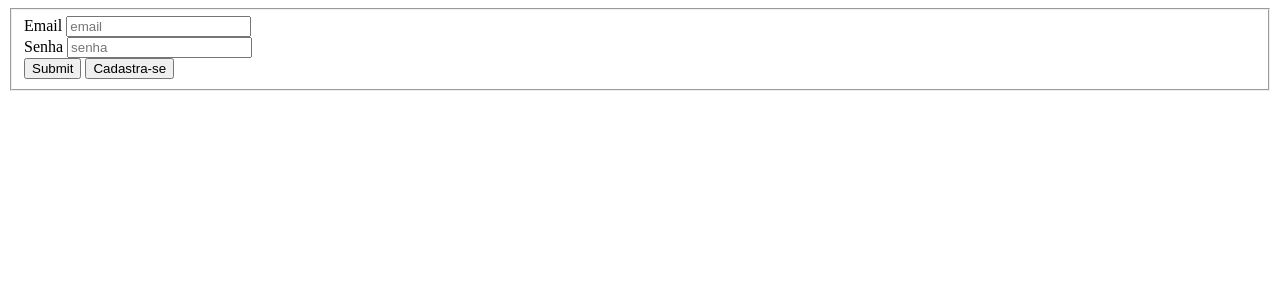
Repository: moises2112/Projetos
Page: http://localhost/Dog/LoginController.do?action=logar
The author's editor kept a copy of each file at every save. The page is drawn from the files as they stood at one save, then again after the next save.
The browser window is 1280 px wide. The pictures show the whole page.
The page is served by Tomcat 9.

Above is the page before, as saved 2017-06-09 01:29:44.

After the next save:
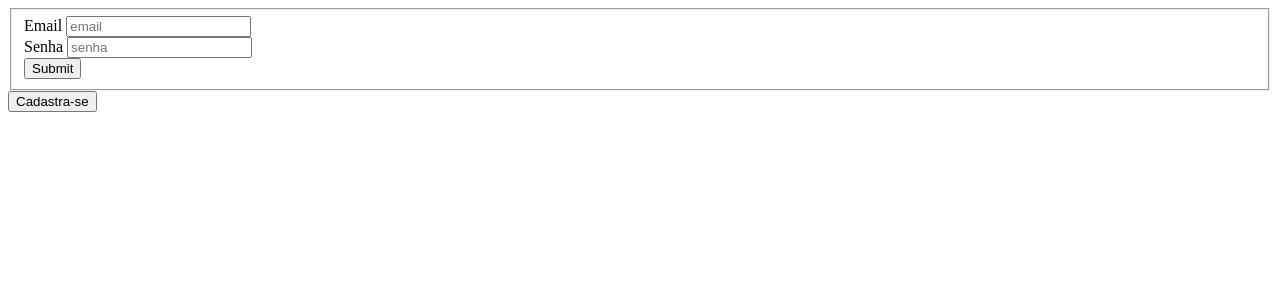
Saved 16 s later.
--- a/Dog/WebContent/login.jsp
+++ b/Dog/WebContent/login.jsp
@@ -22,11 +22,12 @@
 			</div>
 			<div>
 				<input type="submit" value="Submit" />
-				<button value="/cadastrar.jsp">Cadastra-se</button>
+
 			</div>
 
 		</fieldset>
 	</form>
+	<button value="/cadastrar.jsp">Cadastra-se</button>
 	<label><c:out value="${erroAoLogar}" /></label>
 
 
